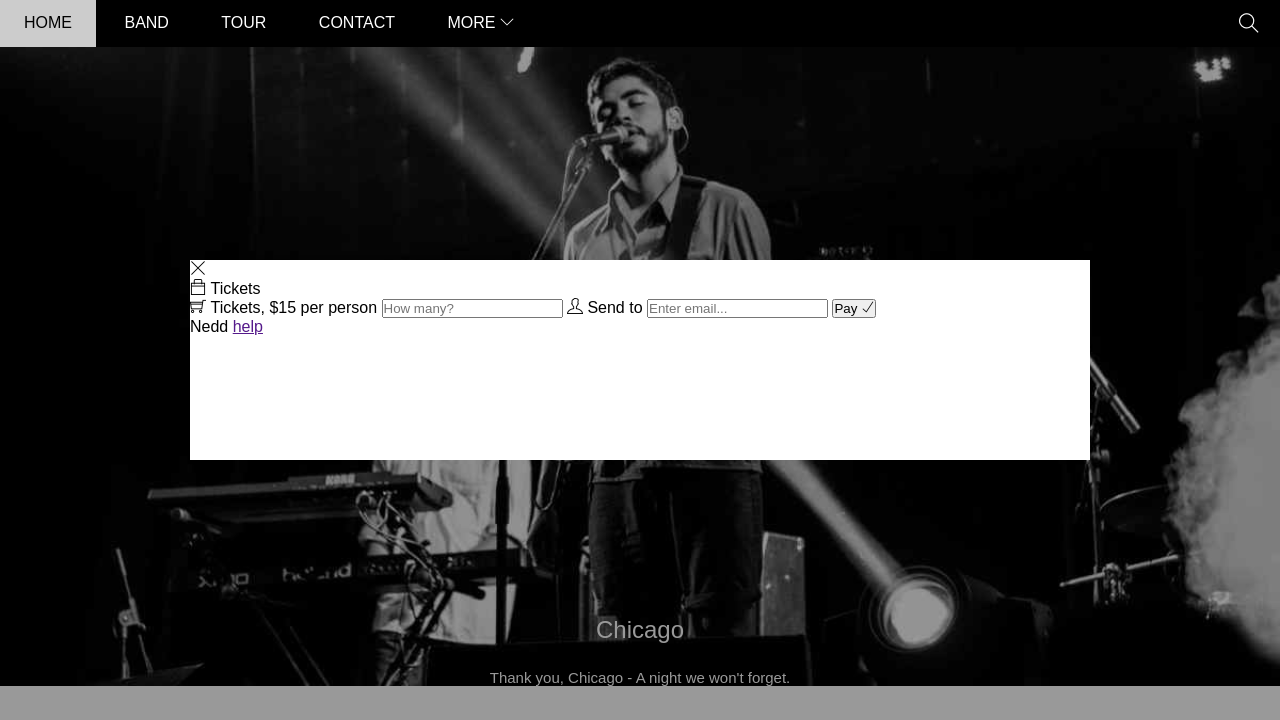
Repository: Thanhtrunghoang123/the-band
Page: index.html
These files come from the project's save history. The page is drawn as it stood at one moment and after the next save; the edit follows.
The browser window is 1280 px wide. The pictures show the window.
A layer covers the whole window, so only the first screen is drawn.

Above is the page before, as saved 2022-07-21 21:57:08.

After the next save:
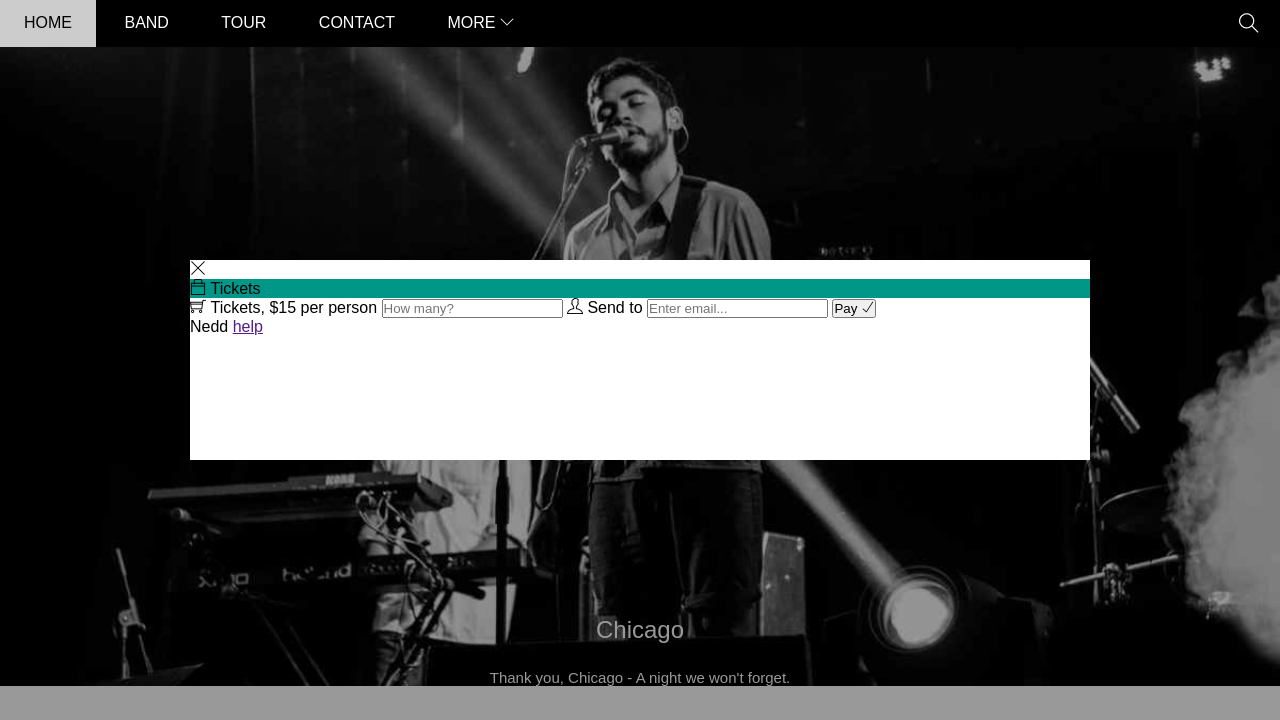
Saved 2 min 40 s later.
--- a/assest/css/style.css
+++ b/assest/css/style.css
@@ -289,6 +289,10 @@
 
 }
 
+.modal-header{
+    background-color: #009688;
+}
+
 #footer{
 
 }
